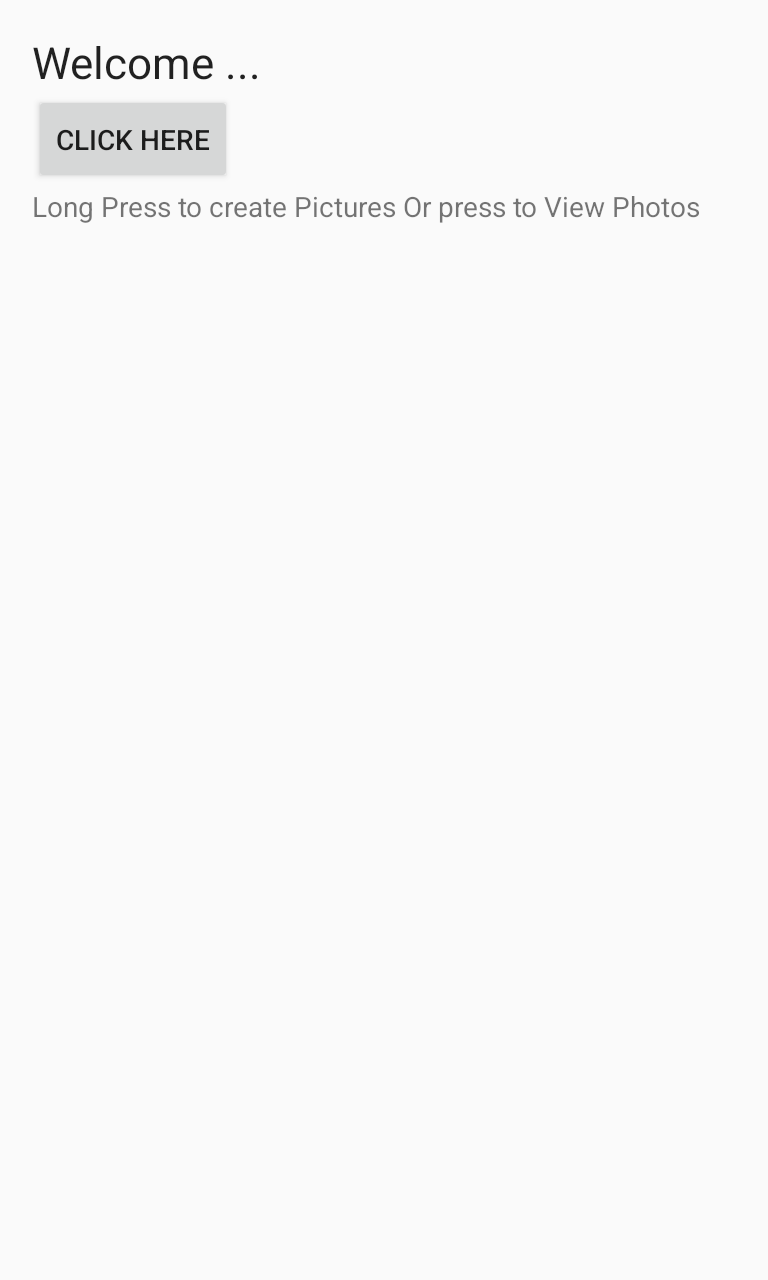
Repository: shivamgeek/Android-Code-Examples
Layout: fragment/res/layout/activity_main.xml
An editor plug-in stored every save of this project. The layout is shown before and after the next save, followed by the edit.
It is drawn on a 768 x 1280 px phone screen (xhdpi) without system bars, with theme AppTheme; the app's code is not run.

Above is the layout before, as saved 2015-08-05 17:15:12.

### fragment/res/layout/activity_main.xml
<LinearLayout xmlns:android="http://schemas.android.com/apk/res/android"
    xmlns:tools="http://schemas.android.com/tools"
 android:id="@+id/LinearLayout2"
    android:layout_width="match_parent"
    android:layout_height="250dp"
    android:orientation="vertical"
    android:paddingBottom="@dimen/activity_vertical_margin"
    android:paddingLeft="@dimen/activity_horizontal_margin"
    android:paddingRight="@dimen/activity_horizontal_margin"
    android:paddingTop="@dimen/activity_vertical_margin"
    tools:context="com.example.fragment.MainActivity" >

    <TextView
        android:id="@+id/textView1"
        android:layout_width="wrap_content"
        android:layout_height="wrap_content"
        android:text="Welcome ..."
        android:textAppearance="?android:attr/textAppearanceLarge" />

    <Button
        android:id="@+id/button1"
        android:layout_width="wrap_content"
        android:layout_height="wrap_content"
        android:text="Click Here" />

    <TextView
        android:id="@+id/textView2"
        android:layout_width="wrap_content"
        android:layout_height="wrap_content"
        android:text="@string/textView2" />

    <LinearLayout
        android:id="@+id/LinearLayout1"
        android:layout_width="match_parent"
        android:layout_height="353dp"
        android:orientation="vertical" >
    </LinearLayout>

</LinearLayout>

### fragment/res/values/strings.xml
<?xml version="1.0" encoding="utf-8"?>
<resources>

    <string name="app_name">fragment</string>
    <string name="hello_world">Hello world!</string>
    <string name="action_settings">Settings</string>
    <string name="textView2">Long Press to create Pictures Or press to View Photos</string>
    <string name="title_activity_second">Second</string>

</resources>

Loaded but not shown: fragment/res/values/styles.xml (common file); fragment/res/values-v11/styles.xml (common file); fragment/res/values-v14/styles.xml (common file); fragment/res/values/dimens.xml (common file); fragment/res/values-w820dp/dimens.xml (common file)

After the next save:
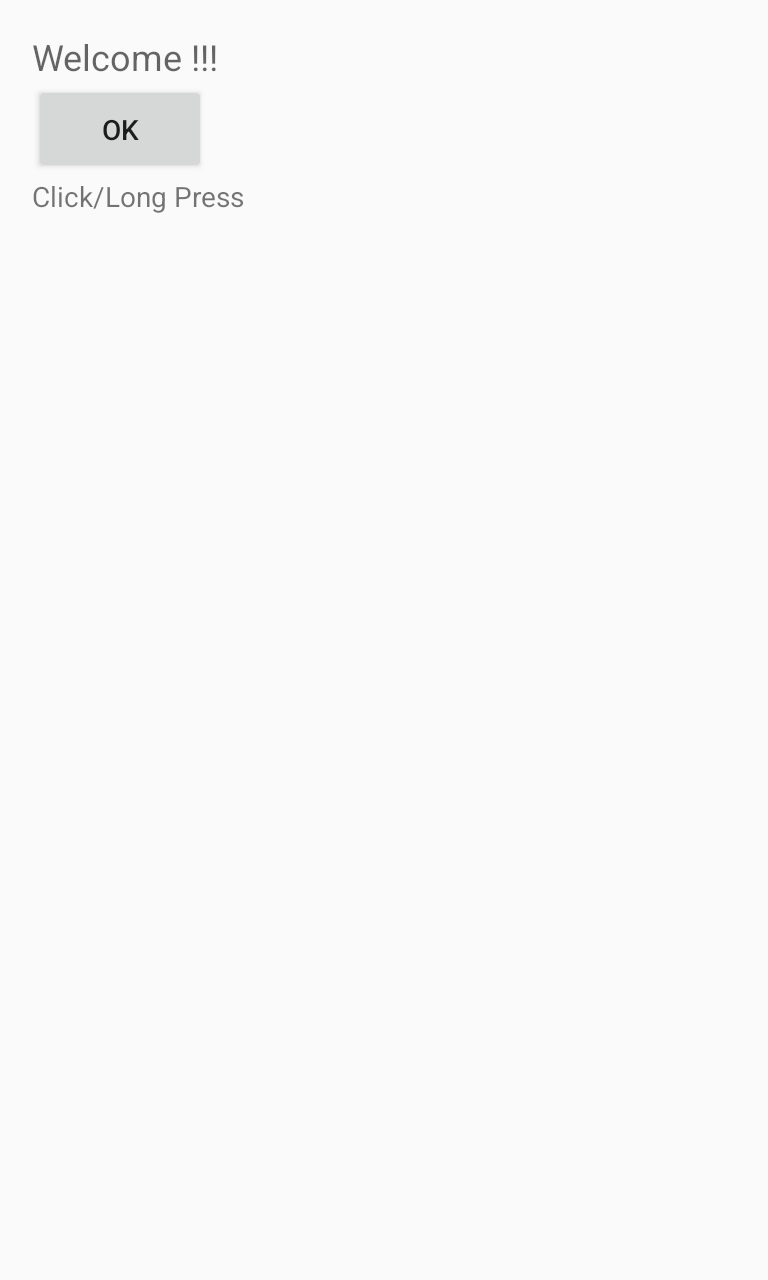
Saved 3 min 0 s later.
--- a/fragment/res/layout/activity_main.xml
+++ b/fragment/res/layout/activity_main.xml
@@ -1,6 +1,6 @@
 <LinearLayout xmlns:android="http://schemas.android.com/apk/res/android"
     xmlns:tools="http://schemas.android.com/tools"
- android:id="@+id/LinearLayout2"
+
     android:layout_width="match_parent"
     android:layout_height="250dp"
     android:orientation="vertical"
@@ -10,30 +10,31 @@
     android:paddingTop="@dimen/activity_vertical_margin"
     tools:context="com.example.fragment.MainActivity" >
 
-    <TextView
-        android:id="@+id/textView1"
-        android:layout_width="wrap_content"
-        android:layout_height="wrap_content"
-        android:text="Welcome ..."
-        android:textAppearance="?android:attr/textAppearanceLarge" />
+    <LinearLayout
+        android:id="@+id/LinearLayout2"
+        android:layout_width="288dp"
+        android:layout_height="454dp"
+        android:orientation="vertical" >
 
-    <Button
-        android:id="@+id/button1"
-        android:layout_width="wrap_content"
-        android:layout_height="wrap_content"
-        android:text="Click Here" />
+        <TextView
+            android:id="@+id/textView1"
+            android:layout_width="wrap_content"
+            android:layout_height="wrap_content"
+            android:text="Welcome !!!"
+            android:textAppearance="?android:attr/textAppearanceMedium" />
 
-    <TextView
-        android:id="@+id/textView2"
-        android:layout_width="wrap_content"
-        android:layout_height="wrap_content"
-        android:text="@string/textView2" />
+        <Button
+            android:id="@+id/button1"
+            android:layout_width="wrap_content"
+            android:layout_height="wrap_content"
+            android:text="OK" />
 
-    <LinearLayout
-        android:id="@+id/LinearLayout1"
-        android:layout_width="match_parent"
-        android:layout_height="353dp"
-        android:orientation="vertical" >
+        <TextView
+            android:id="@+id/textView2"
+            android:layout_width="wrap_content"
+            android:layout_height="wrap_content"
+            android:text="Click/Long Press" />
+
     </LinearLayout>
 
 </LinearLayout>
